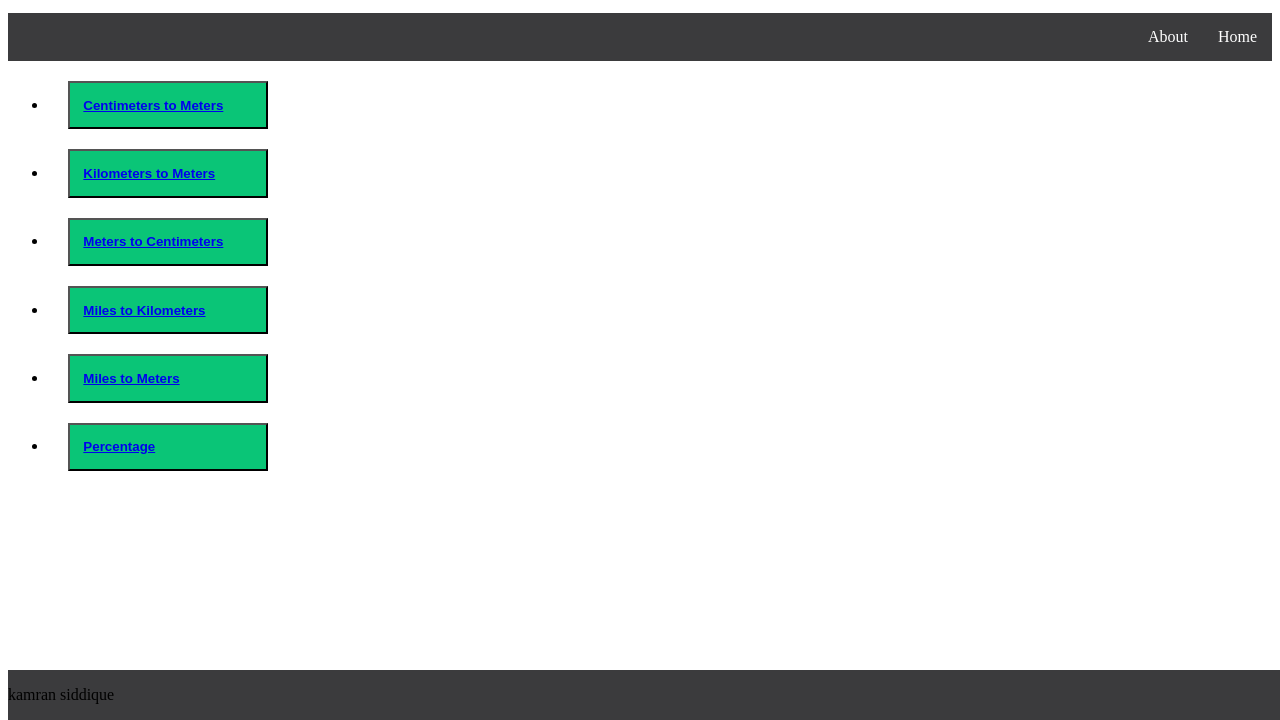
Repository: Kamrangujjar85112/Length-Converter
Page: html/home.html
These files come from the project's save history. The page is drawn as it stood at one moment and after the next save; the edit follows.
The browser window is 1280 px wide. The pictures show the whole page.

Above is the page before, as saved 2022-01-21 03:23:08.

### html/home.html
<!-- home -->
<!DOCTYPE html>
<html lang="en">
<head>
    <meta charset="UTF-8">
    <meta http-equiv="X-UA-Compatible" content="IE=edge">
    <meta name="viewport" content="width=device-width, initial-scale=1.0">
    <title>Home</title>
    <link rel="stylesheet" href="../css/style.css">

</head>
<body>
   <div class="header">
        <nav>
            <ul class="nav-ul">
                <li class="nav-li"><a href="#home">Home</a></li>
                <li class="nav-li"><a href="#about">About</a></li>
            </ul>
        </nav>
   </div>
   <div class="container">
       <ul>
           <li class="link">
               <button><a href="cm_km.html">Centimeters to Meters</a></button>
           </li>
           <li class="link">
               <button><a href="km_m.html">Kilometers to Meters</a></button>
           </li>
           <li class="link">
               <button><a href="m_cm.html">Meters to Centimeters</a></button>
           </li>
           <li class="link">
               <button><a href="mi_km.html">Miles to Kilometers</a></button>
           </li>
           <li class="link">
               <button><a href="mi_m.html">Miles to Meters</a></button>
           </li>
           <li class="link">
               <button><a href="percentage.html">Percentage</a></button>
           </li>
       </ul>
   </div>
   <div class="footer">
        <p>kamran siddique</p>
   </div>



</body>
</html>

### css/style.css
  body{
    padding-top: 5px;
    padding-bottom: 40px;
}
.header{
    top: 0;
    width: 100%;
    margin: 0;
    position: relative;

}
.nav-ul{
    list-style-type: none;
    margin: 0;
    padding: 30;
    overflow: hidden;
    background: rgb(59, 59, 61);
  }

  .nav-li {
    float: right;
    align-items: inherit;
  }

  .nav-li a {
    display: block;
    color: rgb(255, 255, 255);
    text-align:justify;
    padding: 15px 15px;
    text-decoration: none;
  }
  button {
    margin: 20px;
	padding: 1.1em 1em;
	font-weight:bold;
    width:200px;
    display: block;
    text-align:justify;
    background-color: #0ac577;
}




  /* Change the link color to #111 (black) on hover */
  .nav-li a:hover {
    background-color: #0ac577;
  }
.footer{
    bottom: 0;
    width: 100%;
    margin: 0;
    position: fixed;
    background: rgb(59, 59, 61);
}
/* Some more styles to beutify this example */

After the next save:
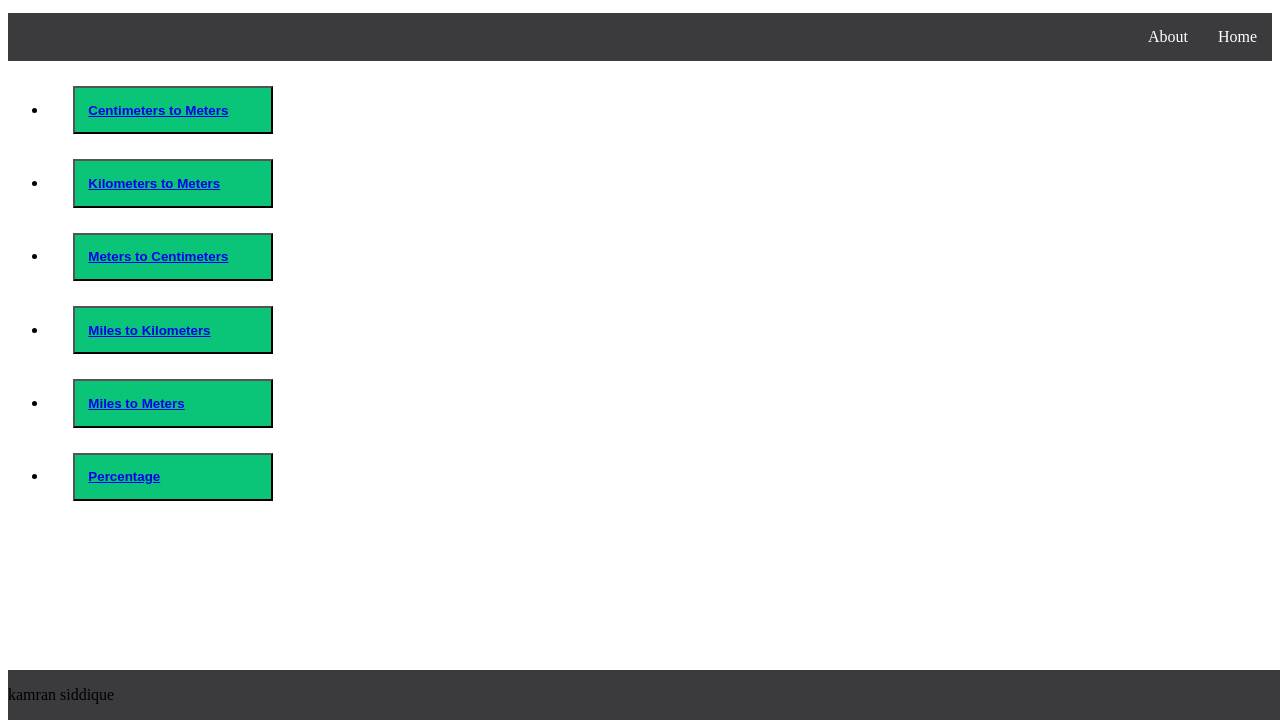
Saved 7 s later.
--- a/css/style.css
+++ b/css/style.css
@@ -30,7 +30,7 @@
     text-decoration: none;
   }
   button {
-    margin: 20px;
+    margin: 25px;
 	padding: 1.1em 1em;
 	font-weight:bold;
     width:200px;
